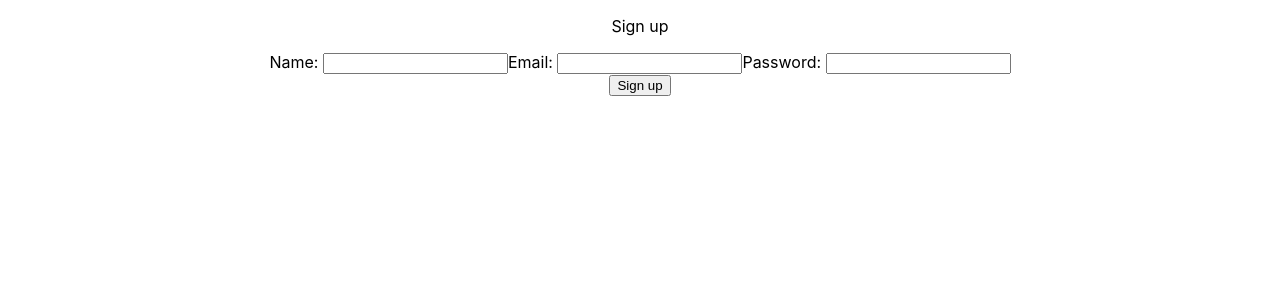
Repository: Rubin78/loginform
Page: /
These files come from the project's save history. The page is drawn as it stood at one moment and after the next save; the edit follows.
The browser window is 1280 px wide. The pictures show the whole page.
The project was rebuilt for these pictures with package versions that can differ from the ones it lists, and the page was loaded fresh each time. Also part of the build but not shown: src/loginform/loginform.js.

Above is the page before, as saved 2021-02-12 15:03:42.

### src/App.js
import logo from "./logo.svg";
import "./App.css";
import { BrowserRouter as Router, Switch, Route } from "react-router-dom";
import loginform from "./loginform/loginform";
import signupform from "./loginform/signupform";


function App() {
  return (
    <Router>
      <div className="App">
        <Switch>
          <Route exact path="/" component={signupform} />
          <Route exact path="/loginform" component={loginform} />
          <Route exact path="/home" render={() => <h2>welcome to portfolio </h2>} />

          <Route  />
        </Switch>
      </div>
    </Router>
  );
}

export default App;

### src/loginform/signupform.js
import React, {useState} from "react";
import { MDBContainer, MDBRow, MDBCol, MDBBtn, MDBInput } from "mdbreact";
import { BrowserRouter as Router, Switch, Route ,Link} from "react-router-dom";
import axios from 'axios'
import { ToastContainer, toast } from "react-toastify";
const FormPage = (props) => {
  const [name, setName] = useState("")
  const [email, setEmail] = useState("")
  const [password, setPassword] = useState("")

  const submitHandler = (e) => {
    e.preventDefault()
    axios.post('https://login-8f9f5-default-rtdb.firebaseio.com/.json', {
      name,
      email,
      password,
    }).then(response => {
      toast("User Created!")
      setTimeout(function(){props.history.push("/loginform")
     } , 5000);
    }).catch(error => {
      toast("Sign up failed");
    })

  }

  return (
    <MDBContainer>
      <MDBRow>
        <MDBCol md="6">
          <form
            onSubmit={(e) => {
              submitHandler(e);
            }}
          >
            <p className="h5 text-center mb-4">Sign up</p>
            <div className="grey-text">
              <label for="name">Name: </label>
              <input
                required
                label="Your name"
                id="name"
                type="text"
                value={name}
                onChange={(e) => {
                  setName(e.target.value);
                }}
              />
              <label for="email">Email: </label>
              <input
                required
                label="Your name"
                id="email"
                type="email"
                value={email}
                onChange={(e) => {
                  setEmail(e.target.value);
                }}
              />
              <label for="password">Password: </label>
              <input
                required
                label="Your name"
                id="password"
                type="password"
                value={password}
                onChange={(e) => {
                  setPassword(e.target.value);
                }}
              />
            </div>
            <div className="text-center">
              <input type="submit" value="Sign up" />
            </div>
            <ToastContainer />
          </form>
        </MDBCol>
      </MDBRow>
    </MDBContainer>
  );
};

export default FormPage;

Loaded but not shown: public/index.html (common file); src/index.js (common file); src/index.css (common file); src/reportWebVitals.js (common file); src/App.css (common file)

After the next save:
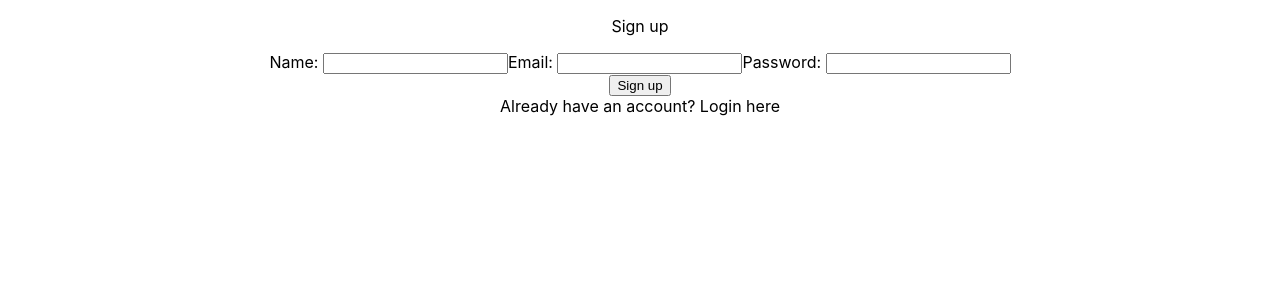
Saved 104 s later.
--- a/src/loginform/signupform.js
+++ b/src/loginform/signupform.js
@@ -72,6 +72,7 @@ const FormPage = (props) => {
             <div className="text-center">
               <input type="submit" value="Sign up" />
             </div>
+            <div>Already have an account? Login here</div>
             <ToastContainer />
           </form>
         </MDBCol>
